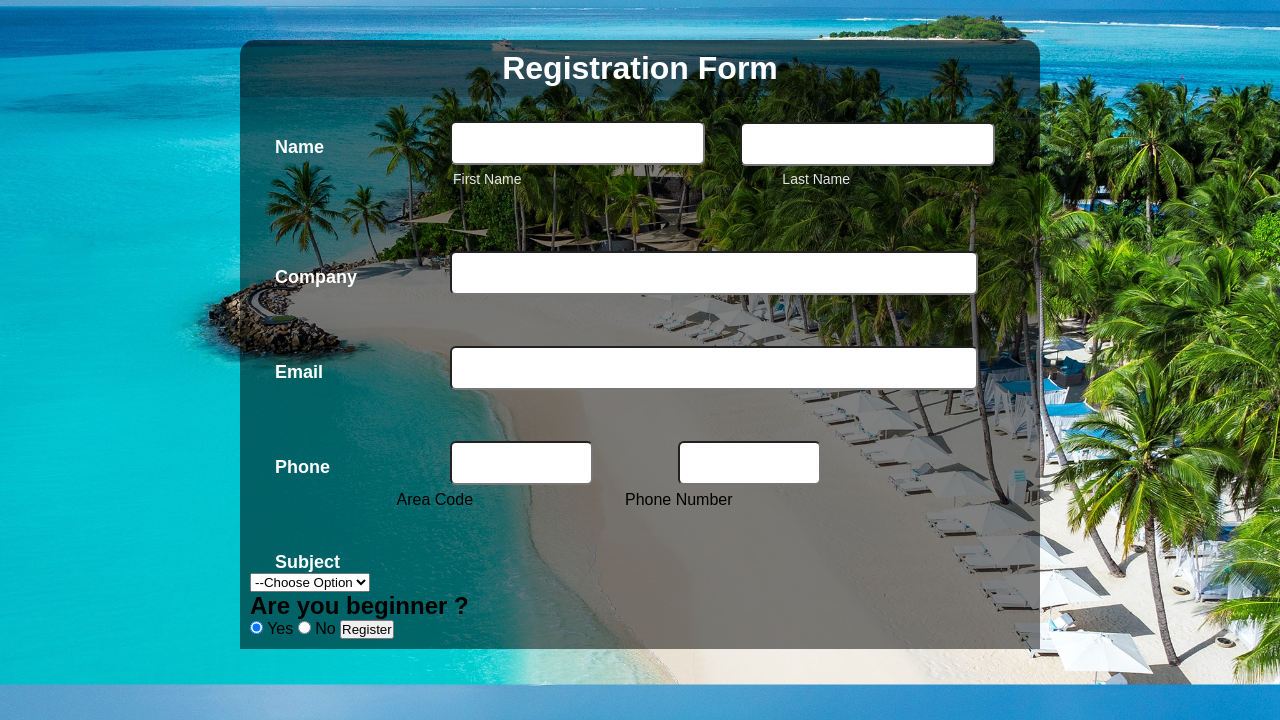
Repository: sudeepa88/Registration-Form
Page: registration.html
These files come from the project's save history. The page is drawn as it stood at one moment and after the next save; the edit follows.
The browser window is 1280 px wide. The pictures show the whole page.

Above is the page before, as saved 2022-01-11 23:34:42.

After the next save:
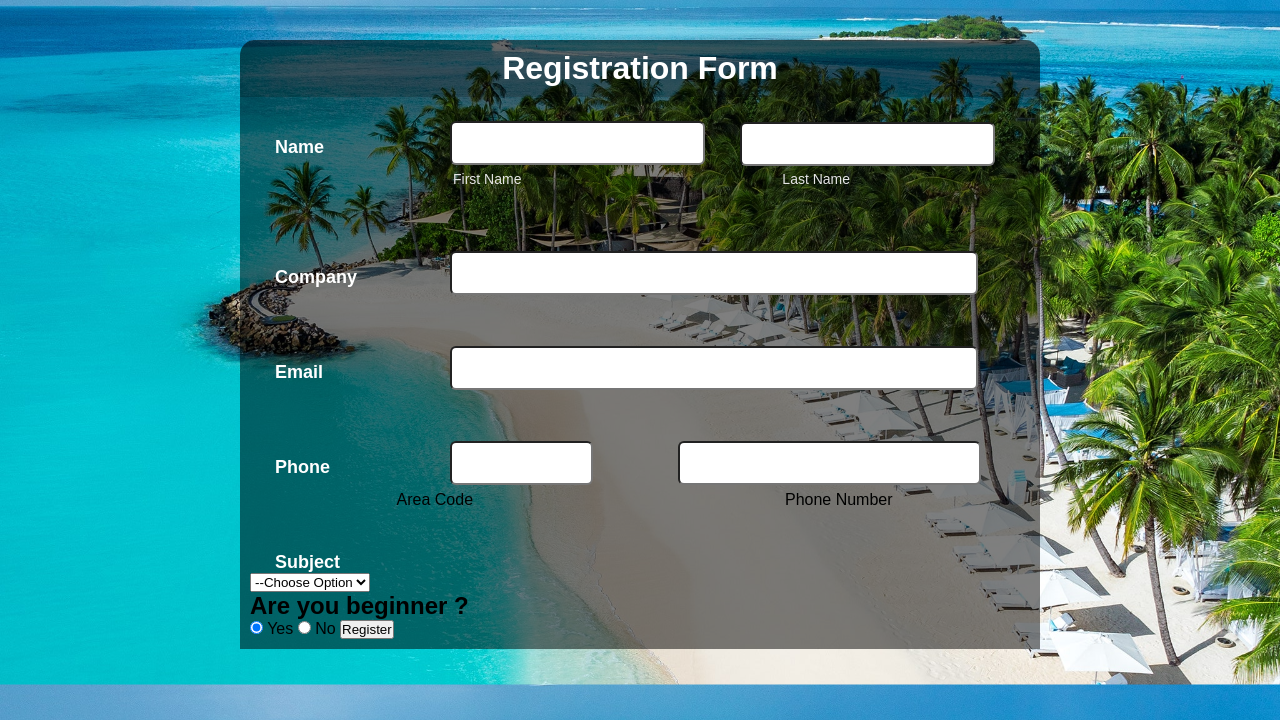
Saved 60 s later.
--- a/registration.html
+++ b/registration.html
@@ -124,7 +124,7 @@
        left: 200px;
        top:-37px;
        line-height: 40px;
-       width: 95px;
+       width: 255px;
        border-radius: 6px;
        padding: 0 22px;
        font-size: 16px;
